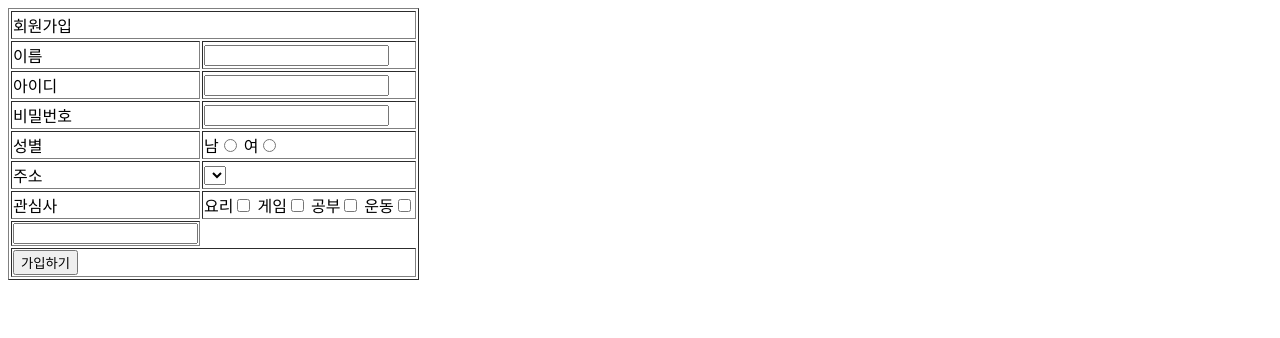
Repository: AiharaAkira/jsp
Page: WebWorkSpace/02_InputOutput/src/main/webapp/reg.html
An editor plug-in stored every save of this project. The page is shown before and after the next save, followed by the edit.
The browser window is 1280 px wide. The pictures show the whole page.

Above is the page before, as saved 2021-11-08 02:53:53.

### WebWorkSpace/02_InputOutput/src/main/webapp/reg.html
<!DOCTYPE html>
<html>
<head>
<meta charset="UTF-8">
<title>Insert title here</title>
</head>
<body>
	<form action="reg" method="post">
		<table border="1">
			<tr>
				<td colspan="2">회원가입</td>
			</tr>
			<tr>
				<td>이름</td><td><input name="name"></td>
			</tr>
			<tr>
				<td>아이디</td><td><input name="id"></td>
			</tr>
			<tr>
				<td>비밀번호</td><td><input type="password" name="pw"></td>
			</tr>
			<tr>
				<td>성별</td><td>남<input type="radio" value="Man">
								여<input type="radio" value="Women"></td>
			</tr>
			<tr>
				<td>주소</td>
				<td><select>
				서울<option value="서울">
				<option value="경기">
				<option value="부산">
				</select></td>
			</tr>
			<tr>
				<td>관심사</td><td>요리<input type="checkbox" value="요리">
				게임<input type="checkbox" value="게임">
				공부<input type="checkbox" value="공부">
				운동<input type="checkbox" value="운동"></td>
			</tr>
			<tr>
				<td><input></td>
			</tr>
			<tr>
				<td colspan="2"><button>가입하기</button></td>
			</tr>

		</table>
	</form>
</body>
</html>

After the next save:
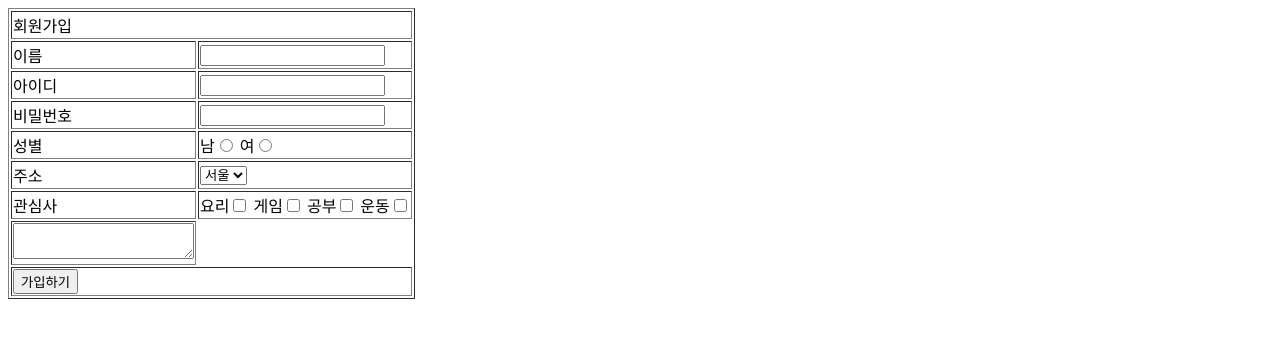
Saved 44 s later.
--- a/WebWorkSpace/02_InputOutput/src/main/webapp/reg.html
+++ b/WebWorkSpace/02_InputOutput/src/main/webapp/reg.html
@@ -26,7 +26,7 @@
 			<tr>
 				<td>주소</td>
 				<td><select>
-				서울<option value="서울">
+				<option value="서울">서울
 				<option value="경기">
 				<option value="부산">
 				</select></td>
@@ -38,7 +38,7 @@
 				운동<input type="checkbox" value="운동"></td>
 			</tr>
 			<tr>
-				<td><input></td>
+				<td><textarea></textarea></td>
 			</tr>
 			<tr>
 				<td colspan="2"><button>가입하기</button></td>
